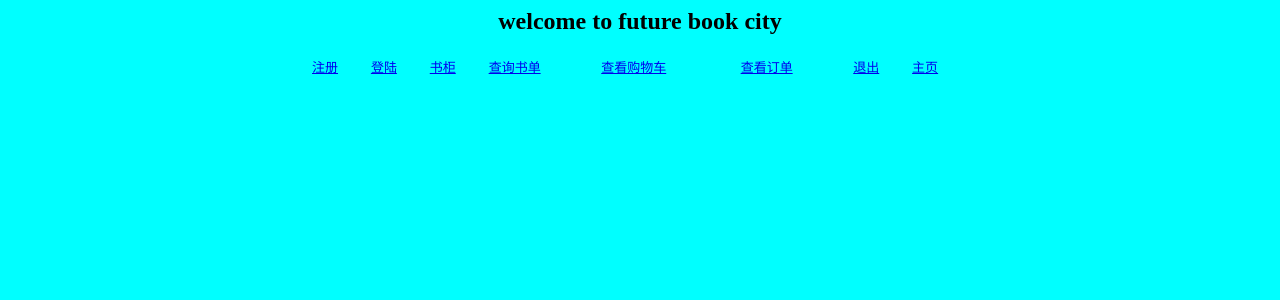
Repository: littleNiq/jsp
Page: http://localhost/mobileShop/lookMobile.jsp
An editor plug-in stored every save of this project. The page is shown before and after the next save, followed by the edit.
The browser window is 1280 px wide. The pictures show the whole page.
The page is served by Tomcat 9. Queries for data that is not in the repository find no rows.

Above is the page before, as saved 2016-08-31 11:41:43.

After the next save:
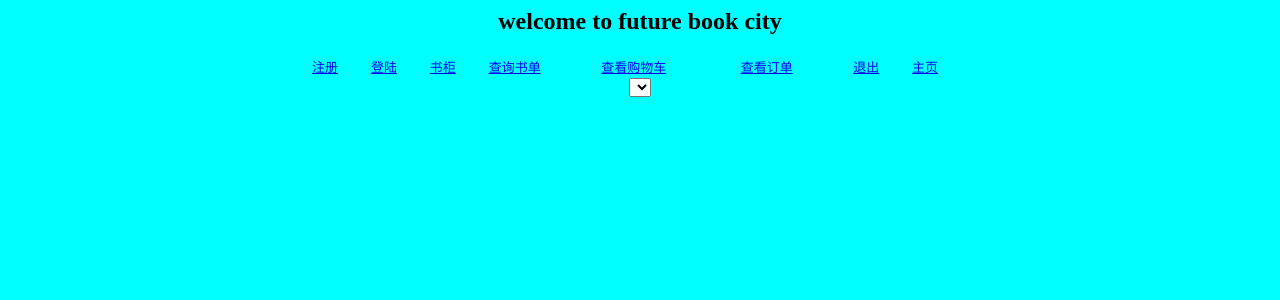
Saved 79 s later.
--- a/jsp/myworkspace/mobileShop/WebRoot/lookMobile.jsp
+++ b/jsp/myworkspace/mobileShop/WebRoot/lookMobile.jsp
@@ -20,6 +20,8 @@
 		    sql=con.createStatement();
 		    rs=sql.executeQuery("select *from mobileclassify");
 		    out.print("<form action='queryServlet' method='post'>");
+		    out.print("<select name='fenleiNumber'>");
+
 		}catch(SQLException e){
 		   out.print(e);
 		}
